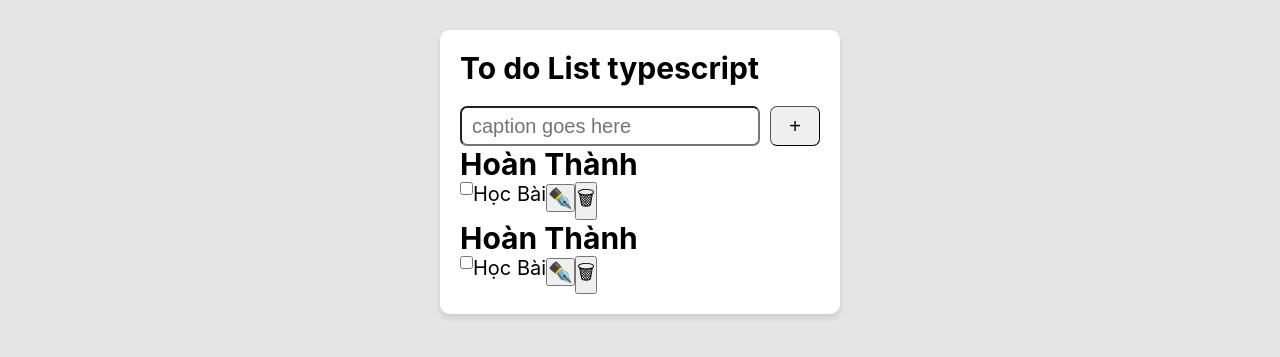
Repository: hungdomanh95/focus
Page: /
These files come from the project's save history. The page is drawn as it stood at one moment and after the next save; the edit follows.
The browser window is 1280 px wide. The pictures show the whole page.
The project was rebuilt for these pictures with package versions that can differ from the ones it lists, and the page was loaded fresh each time.

Above is the page before, as saved 2023-04-06 23:39:12.

After the next save:
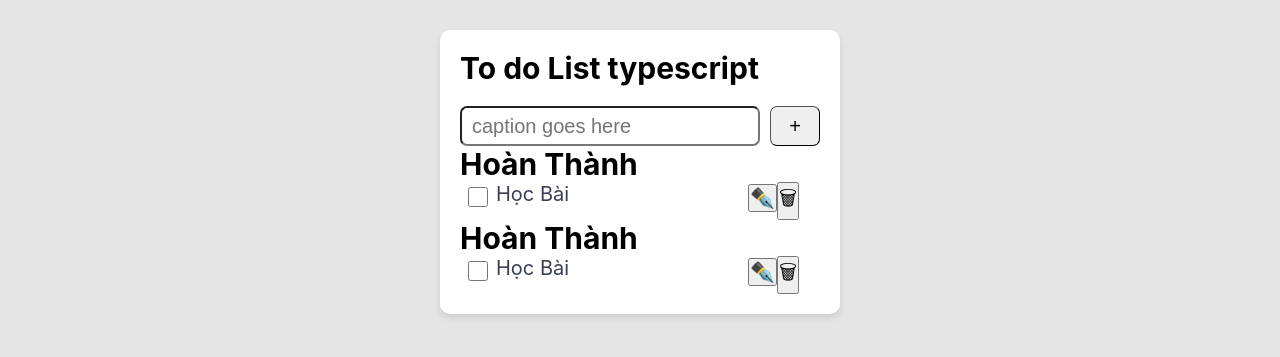
Saved 3 min 13 s later.
--- a/src/components/TaskList/taskList.module.scss
+++ b/src/components/TaskList/taskList.module.scss
@@ -9,3 +9,19 @@
     margin-bottom: 1rem;
   }
 }
+.taskCheckbox{
+  flex:0 0 10%;
+  max-width: 10%;
+  height: 2rem;
+  margin-top: 0.5rem;
+}
+.taskName{
+  flex:0 0 70%;
+  max-width: 70%;
+  padding:0 0 0.5rem;
+  color:#383f50;
+  &.taskNameDone{
+    color:#b2b7bb;
+    text-decoration: line-through;
+  }
+}
